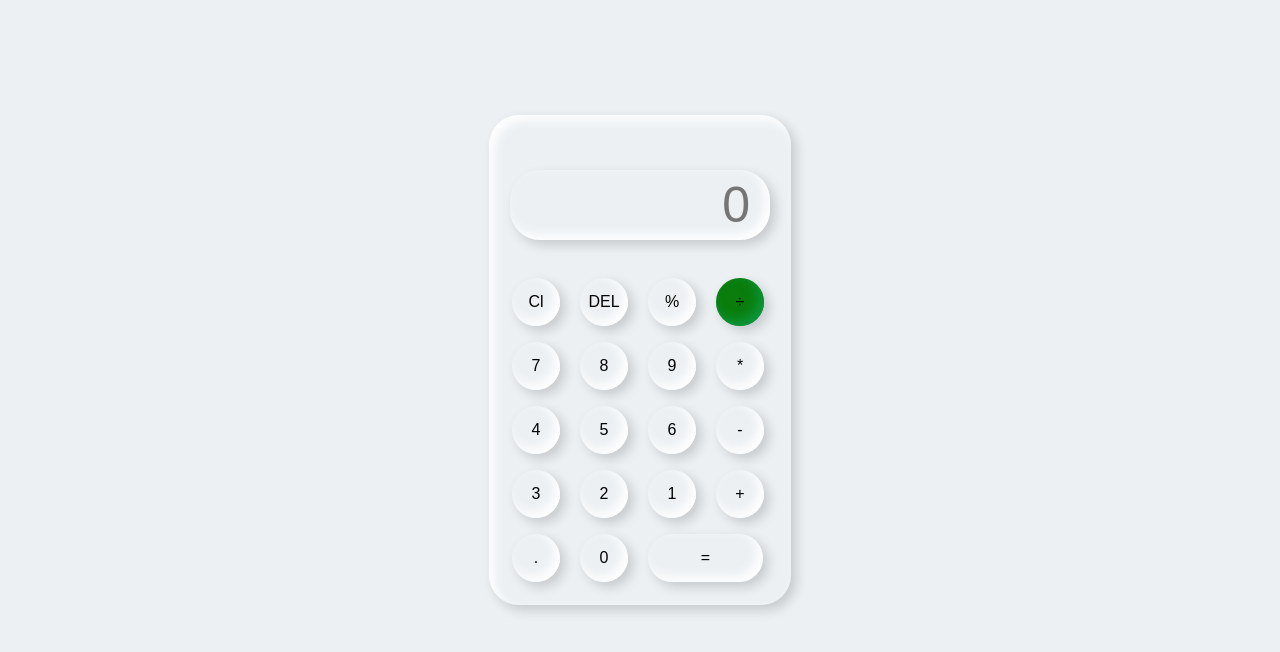
Repository: Mayur2905/OIBSIP
Page: Task-3/index.html
The author's editor kept a copy of each file at every save. The page is drawn from the files as they stood at one save, then again after the next save.
The browser window is 1280 px wide. The pictures show the whole page.

Above is the page before, as saved 2022-02-02 14:40:56.

### Task-3/index.html
<!DOCTYPE html>
<html lang="en">
<head>
    <meta charset="UTF-8">
    <meta http-equiv="X-UA-Compatible" content="IE=edge">
    <meta name="viewport" content="width=device-width, initial-scale=1.0">
    <title>Clauculator</title>
    <link rel="stylesheet" href="style.css">
</head>
<body>
    <div class="container">
        <div class="calculator">
            <input type="text" placeholder="0" id="output-screen">
            <button onclick="Clear()">Cl</button>
            <button onclick="del()">DEL</button>
            <button onclick="display('%')">%</button>
            <button onclick="display('/')" class="divide">÷</button>
            <button onclick="display('7')">7</button>
            <button onclick="display('8')">8</button>
            <button onclick="display('9')">9</button>
            <button onclick="display('*')">*</button>
            <button onclick="display('4')">4</button>
            <button onclick="display('5')">5</button>
            <button onclick="display('6')">6</button>
            <button onclick="display('-')">-</button>
            <button onclick="display('3')">3</button>
            <button onclick="display('2')">2</button>
            <button onclick="display('1')">1</button>
            <button onclick="display('+')">+</button>
            <button onclick="display('.')">.</button>
            <button onclick="display('0')">0</button>
            <button onclick="Calculate()" class="equal">=</button>
        </div>
    </div>
    <script type = "text/javascript" src="function.js"></script>
    <!-- <script>
        let outputScreen = document.getElementById("output-screen");
    function display(num){
    outputScreen.value += num
    }
    </script>
    -->
</body>
</html>

### Task-3/style.css
* {
  margin: 0;
  padding: 0;
  box-sizing: border-box;
  background-color: #ecf0f3;
  font-family: sans-serif;
  outline: none;
}
.container {
  height: 100vh;
  display: flex;
  justify-content: center;
  align-items: center;
}
.calculator {
  background-color: #ecf0f3;
  padding: 15px;
  border-radius: 30px;
  box-shadow: inset 5px 5px 12px #ffffff, 5px 5px 12px rgba(0, 0, 0, 0.16);
  display: grid;
  grid-template-columns: repeat(4, 68px);
}
input {
  grid-column: span 4;
  height: 70px;
  width: 260px;
  background-color: #ecf0f3;
  box-shadow: inset -5px -5px 12px #ffffff, 5px 5px 12px rgba(0, 0, 0, 0.16);
  border: none;
  border-radius: 30px;
  color: rgb(70, 70, 70);
  font-size: 50px;
  text-align: end;
  margin: auto;
  margin-top: 40px;
  margin-bottom: 30px;
  padding: 20px;
}

button {
  height: 48px;
  width: 48px;
  background-color: #ecf0f3;
  box-shadow: inset -5px -5px 12px #ffffff, 5px 5px 12px rgba(0, 0, 0, 0.16);
  border: none;
  border-radius: 50%;
  margin: 8px;
  font-size: 16px;
}
.equal {
  width: 115px;
  border-radius: 40px;
  background-color: #ecf0f3;
  box-shadow: inset -5px -5px 12px #ffffff, 5px 5px 12px rgba(0, 0, 0, 0.16);
}
.divide {
  background-color: #0a7d0c;
  box-shadow: inset -5px -5px 12px #0c973f, 5px 5px 12px rgba(0, 0, 0, 0.16);
}

### Task-3/function.js
let outputScreen = document.getElementById("output-screen");
function display(num){
    outputScreen.value += num;

}
function Calculate(){
    try{
        outputScreen.value = eval(outputScreen.value);

    }
    catch(err){
        alert("Invalid Input")
    }

}
function Clear(){
    outputScreen.value="";
}

function del(){
    outputScreen.value = outputScreen.value.slice(0,-1)
}

After the next save:
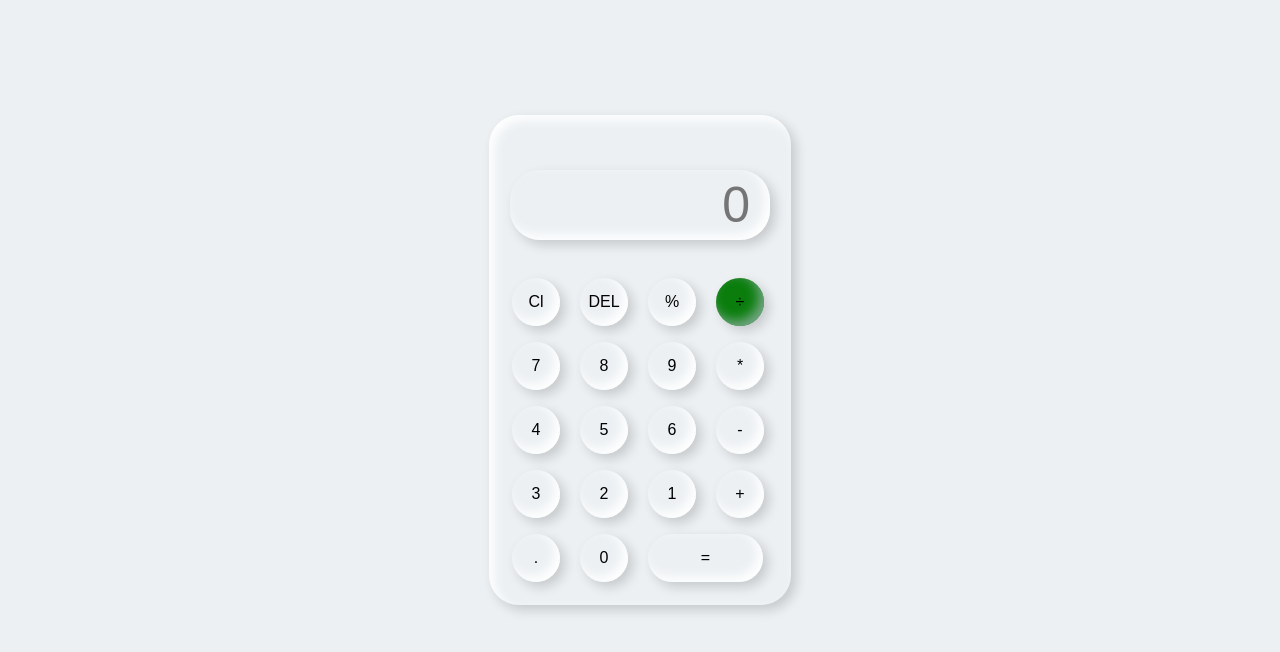
Saved 15 s later.
--- a/Task-3/style.css
+++ b/Task-3/style.css
@@ -55,5 +55,5 @@ button {
 }
 .divide {
   background-color: #0a7d0c;
-  box-shadow: inset -5px -5px 12px #0c973f, 5px 5px 12px rgba(0, 0, 0, 0.16);
+  box-shadow: inset -5px -5px 12px #75a787, 5px 5px 12px rgba(0, 0, 0, 0.16);
 }
